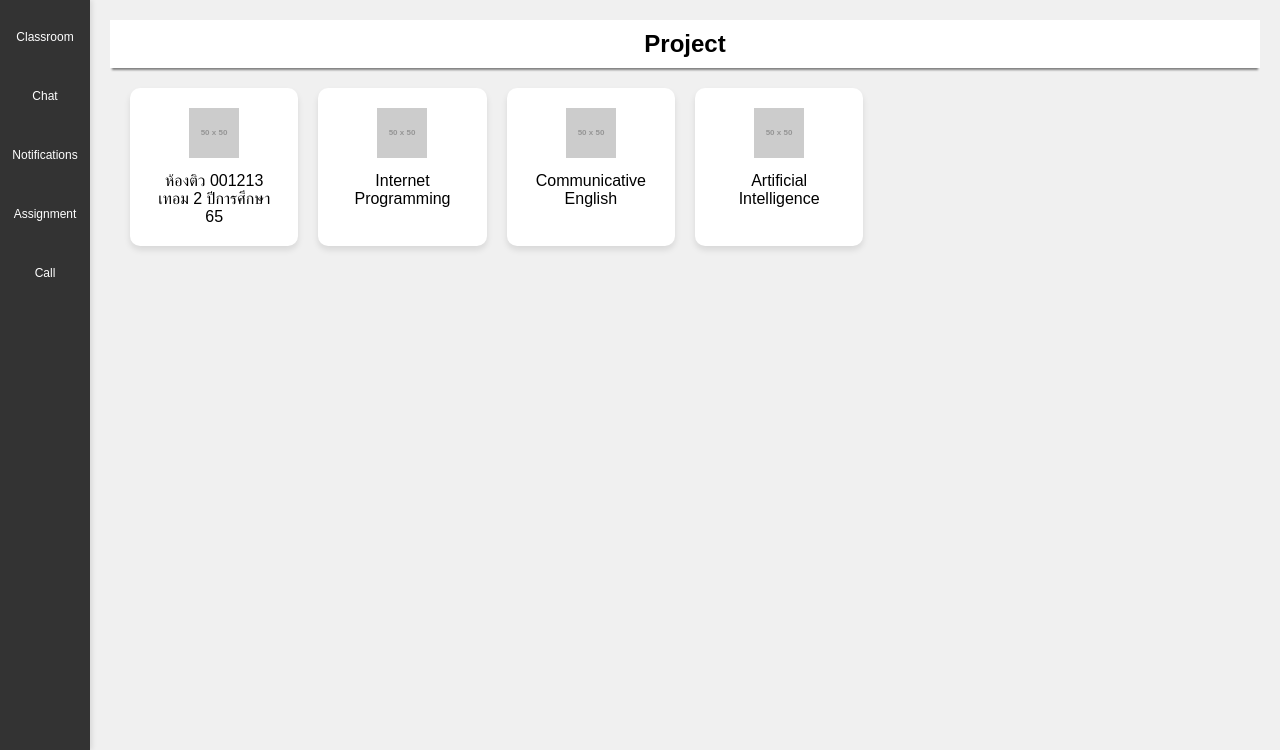
Repository: praifas16/ProPro
Page: docs/studenthead.html
An editor plug-in stored every save of this project. The page is shown before and after the next save, followed by the edit.
The browser window is 1280 px wide. The pictures show the whole page.

Above is the page before, as saved 2024-08-21 19:59:49.

### docs/studenthead.html
<!DOCTYPE html>
<html lang="th">
<head>
    <meta charset="UTF-8">
    <meta name="viewport" content="width=device-width, initial-scale=1.0">
    <title>My Dashboard</title>
    <style>
        body {
            font-family: Arial, sans-serif;
            margin: 0;
            padding: 0;
            background-color: #f0f0f0;
            display: flex;
        }

        /* เมนูแถบข้าง */
        .sidebar {
            width: 70px;
            background-color: #333;
            color: white;
            height: 100vh;
            padding: 15px 10px;
            box-shadow: 2px 0 5px rgba(0, 0, 0, 0.1);
            display: flex;
            flex-direction: column;
            align-items: center;
        }

        .sidebar a {
            display: flex;
            flex-direction: column;
            align-items: center;
            color: white;
            padding: 10px;
            text-decoration: none;
            margin-bottom: 20px;
            font-size: 12px;
            text-align: center;
        }

        .sidebar a:hover {
            background-color: #575757;
            border-radius: 4px;
            width: 100%;
            text-align: center;
        }

        .sidebar i {
            font-size: 24px;
            margin-bottom: 5px;
        }

        /* โครงสร้างหน้าเว็บหลัก */
        .main-content {
            flex-grow: 1;
            padding: 20px;
        }

        header {
            background-color: #ffffff;
            padding: 10px;
            text-align: center;
            box-shadow: 0px 4px 2px -2px gray;
        }

        h1 {
            margin: 0;
            font-size: 24px;
        }

        .container {
            display: grid;
            grid-template-columns: repeat(auto-fill, minmax(150px, 1fr));
            gap: 20px;
            padding: 20px;
        }

        .card {
            background-color: #ffffff;
            border-radius: 10px;
            box-shadow: 0 4px 6px rgba(0, 0, 0, 0.1);
            text-align: center;
            padding: 20px;
            transition: transform 0.3s;
        }

        .card:hover {
            transform: scale(1.05);
        }

        .card img {
            width: 50px;
            height: 50px;
            margin-bottom: 10px;
        }

        .card p {
            margin: 0;
            font-size: 16px;
        }
    </style>
</head>
<body>
    <!-- เมนูแถบข้าง -->
    <div class="sidebar">
        <a href="#"><i class="fa fa-home"></i><span>Classroom</span></a>
        <a href="#"><i class="fa fa-users"></i><span>Chat</span></a>
        <a href="#"><i class="fa fa-notificat"></i><span>Notifications</span></a>
        <a href="#"><i class="fa fa-assign"></i><span>Assignment</span></a>
        <a href="#"><i class="fa fa-phone"></i><span>Call</span></a>
    </div>

    <!-- เนื้อหาหลัก -->
    <div class="main-content">
        <header>
            <h1>Project</h1>
        </header>
        <div class="container">
            <div class="card">
                <img src="https://via.placeholder.com/50" alt="icon">
                <p>ห้องติว 001213 เทอม 2 ปีการศึกษา 65</p>
            </div>
            <div class="card">
                <img src="https://via.placeholder.com/50" alt="icon">
                <p>Internet Programming</p>
            </div>
            <div class="card">
                <img src="https://via.placeholder.com/50" alt="icon">
                <p>Communicative English</p>
            </div>
            <div class="card">
                <img src="https://via.placeholder.com/50" alt="icon">
                <p>Artificial Intelligence</p>
            </div>
            <!-- เพิ่มเติม Card อื่น ๆ ตามต้องการ -->
        </div>
    </div>
</body>
</html>

After the next save:
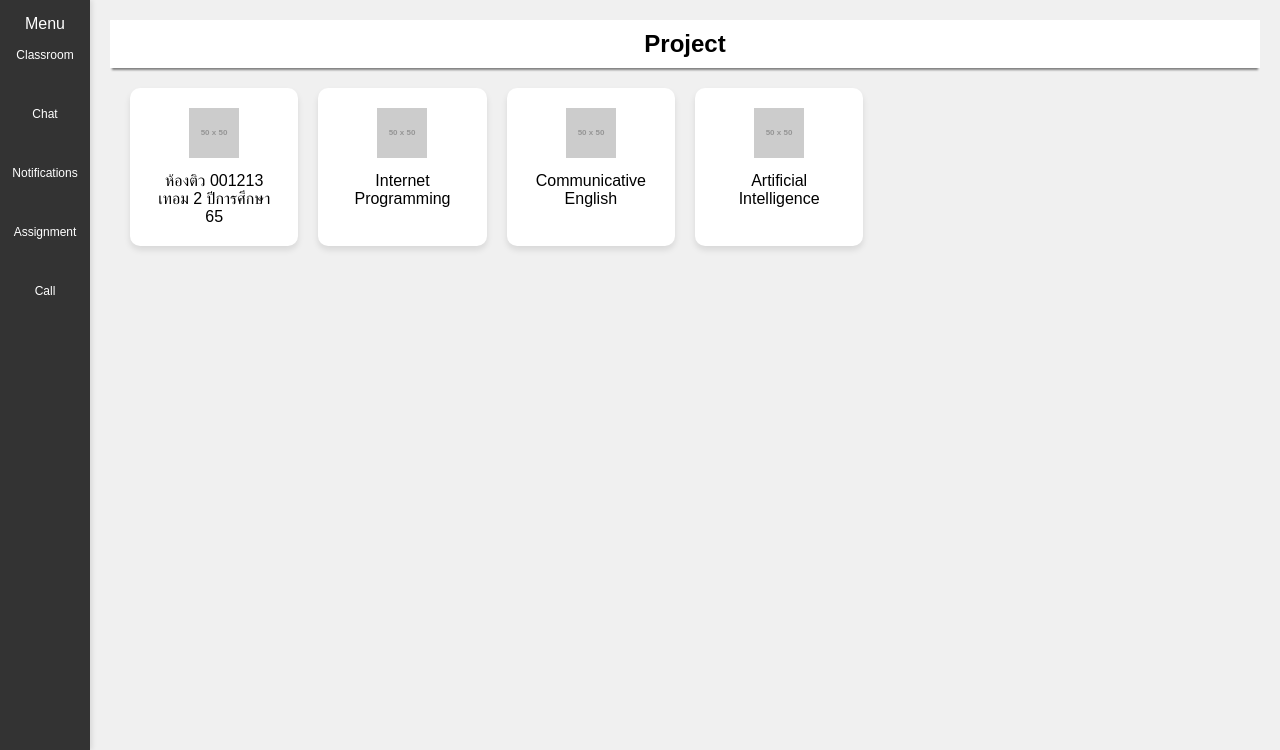
Saved 23 s later.
--- a/docs/studenthead.html
+++ b/docs/studenthead.html
@@ -103,6 +103,7 @@
 <body>
     <!-- เมนูแถบข้าง -->
     <div class="sidebar">
+        <div class="menu-header">Menu</div>
         <a href="#"><i class="fa fa-home"></i><span>Classroom</span></a>
         <a href="#"><i class="fa fa-users"></i><span>Chat</span></a>
         <a href="#"><i class="fa fa-notificat"></i><span>Notifications</span></a>
